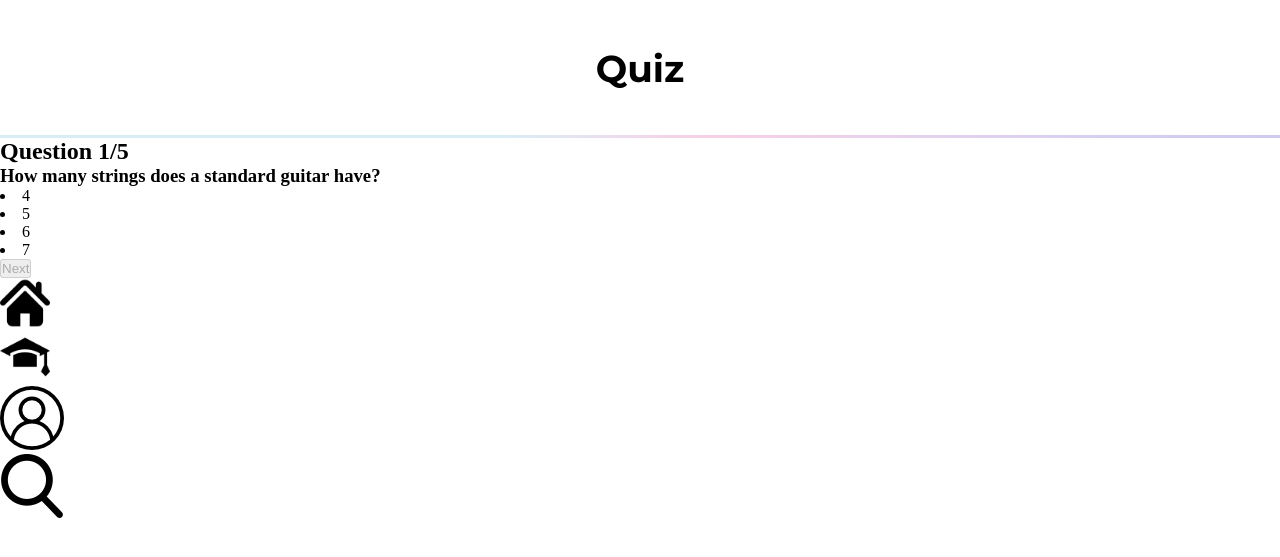
Repository: 1medi/pocketprof
Page: /quiz/page
An editor plug-in stored every save of this project. The page is shown before and after the next save, followed by the edit.
The browser window is 1280 px wide. The pictures show the whole page.
The project was rebuilt for these pictures with package versions that can differ from the ones it lists, and the page was loaded fresh each time. The framework's server and built-in components were replaced by stand-ins that run in the browser. Also part of the build but not shown: next.config.mjs, Components/Buttons/Oscar/Oscar.module.css, Components/Buttons/Oscar/index.js.

Above is the page before, as saved 2024-04-13 22:49:53.

After the next save:
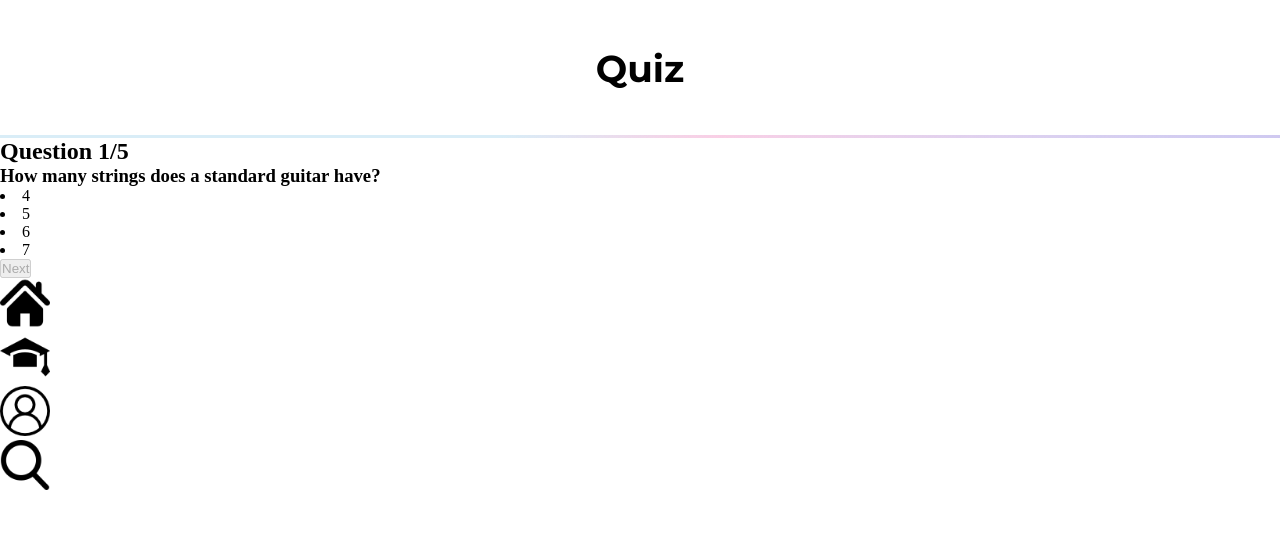
Saved 11 s later.
--- a/Components/Navbar/index.js
+++ b/Components/Navbar/index.js
@@ -37,6 +37,8 @@ export default function NavBar() {
               <Image
               className={styles.image}
               src={Profile}
+              width={50}
+              height={50}
               />
             </Link>
           </li>
@@ -45,6 +47,8 @@ export default function NavBar() {
               <Image
               className={styles.image}
               src={Search}
+              width={50}
+              height={50}
               />
 
             </Link>
